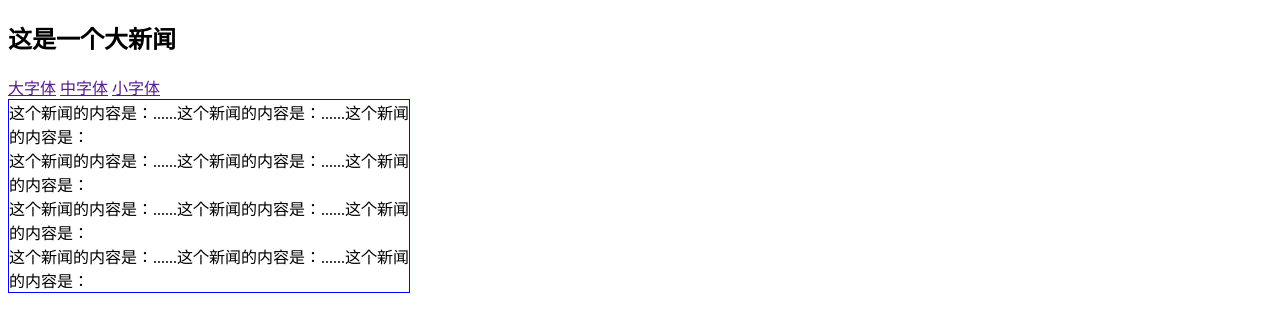
Repository: tangchengjingwen/javaLearningCode
Page: javaLearningCode/day31_html/demo_news.html
These files come from the project's save history. The page is drawn as it stood at one moment and after the next save; the edit follows.
The browser window is 1280 px wide. The pictures show the whole page.

Above is the page before, as saved 2012-05-15 07:01:40.

After the next save:
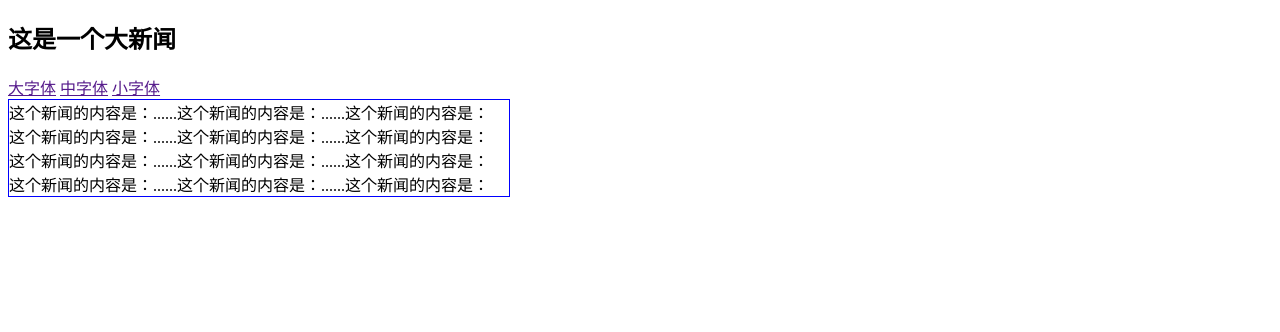
Saved 5 s later.
--- a/javaLearningCode/day31_html/demo_news.html
+++ b/javaLearningCode/day31_html/demo_news.html
@@ -5,7 +5,7 @@
 		<title>Untitled Document</title>
 		<style type="text/css">
 
-			#newstext{border:#0000ff 1px solid;width:400px;}
+			#newstext{border:#0000ff 1px solid;width:500px;}
 		</style>
 	</head>
 	<body>
